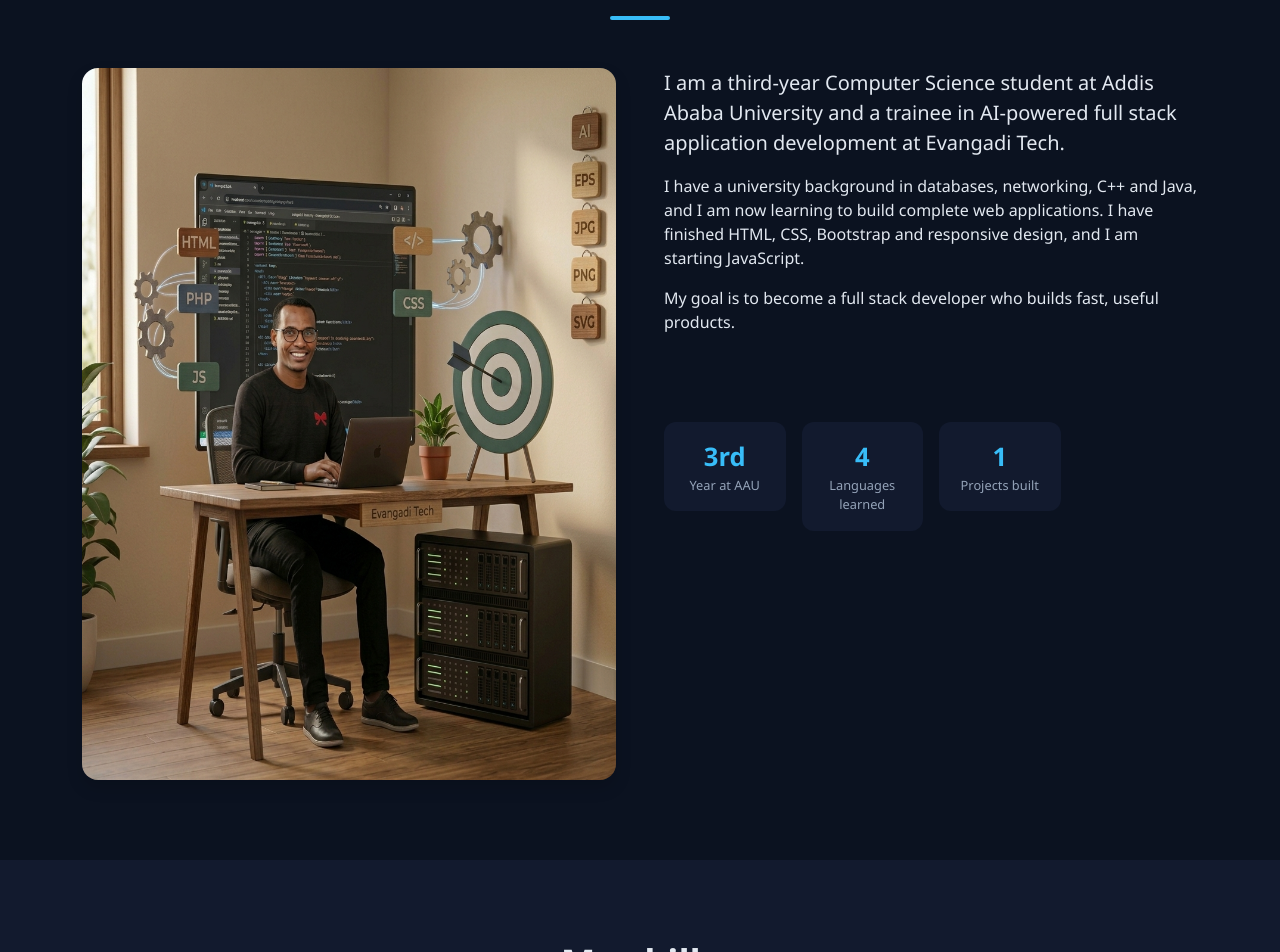
Repository: lawgaw-sefineh/MyPortfolioWebsite
Page: index.html
An editor plug-in stored every save of this project. The page is shown before and after a run of saves, followed by the edit.
The browser window is 1280 px wide. The pictures show the part of the page from y = 862 to 1814 px (the page is 3784 px tall).

Above is the page before, as saved 2026-10-08 17:26:49.

After the next 2 saves:
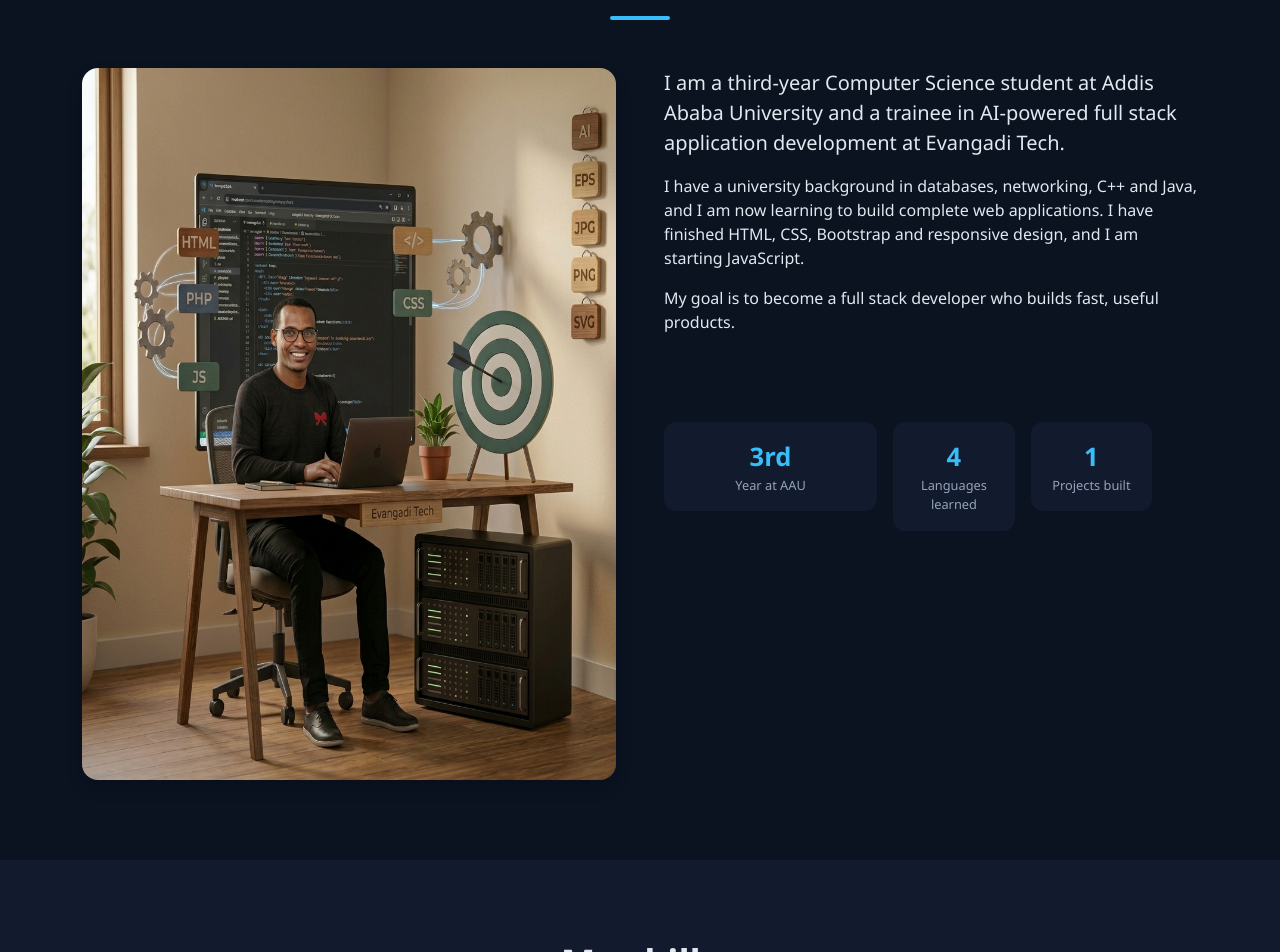
The 2 saves are shown as one change because they came seconds apart.
The last was saved 17 s later.
--- a/index.html
+++ b/index.html
@@ -124,7 +124,7 @@
         <p class="mb-4">My goal is to become a full stack developer who builds fast, useful products.</p>
 
         <div class="row text-center g-3 mt-5">
-          <div class="col-3">
+          <div class="col-5">
             <div class="fact">
               <span class="fact-number">3rd</span>
               <span class="fact-label">Year at AAU</span>
